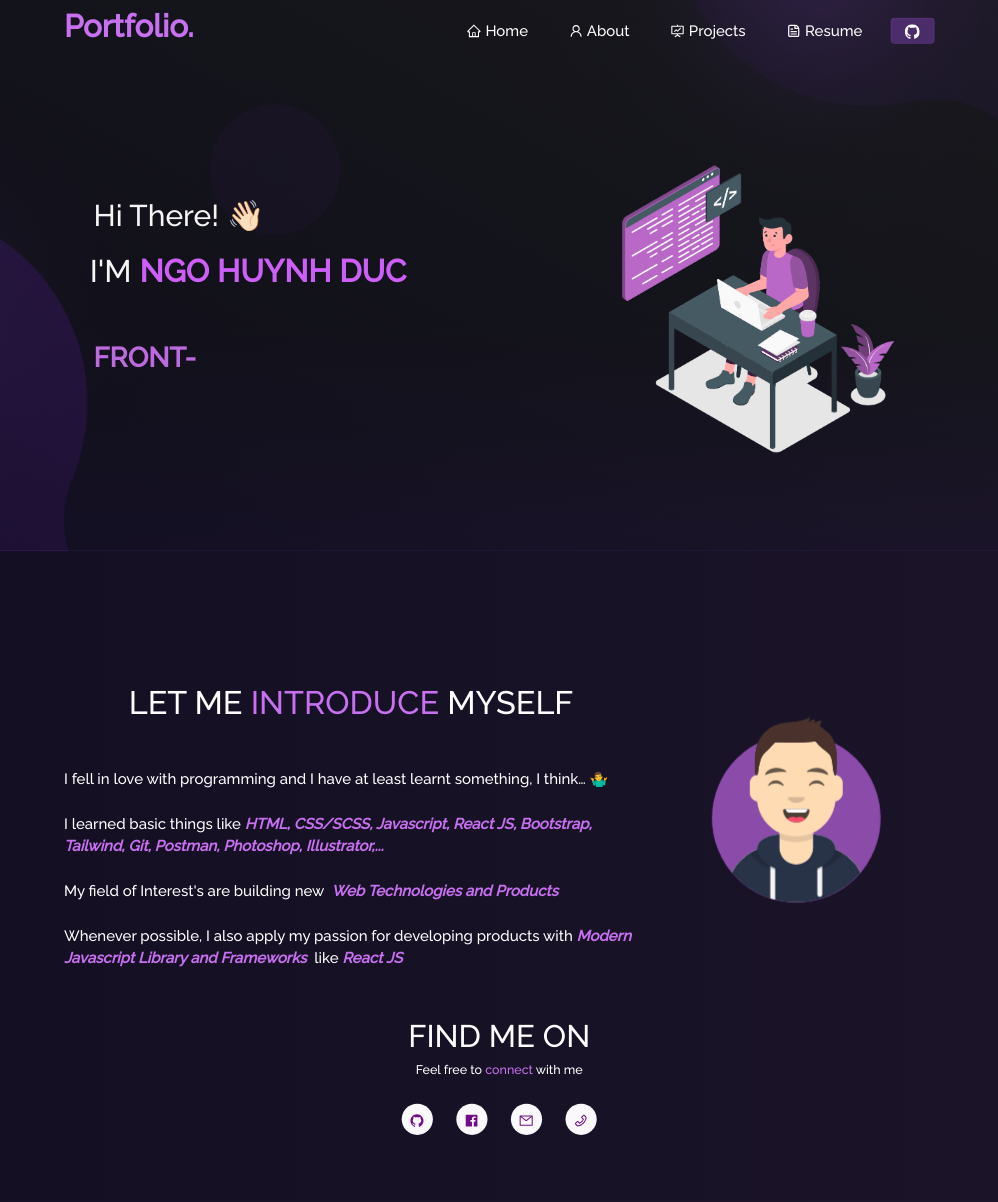
Repository: ngohuynhducdev/Portfolio
Page: /
These files come from the project's save history. The page is drawn as it stood at one moment and after the next save; the edit follows.
The browser window is 1280 px wide. The pictures show the whole page, at 78% of full size.
The project was rebuilt for these pictures with package versions that can differ from the ones it lists, and the page was loaded fresh each time. Also part of the build but not shown: src/components/About/Techstack.js, src/components/About/AboutCard.js, src/components/About/Toolstack.js, src/components/About/About.js, src/components/Projects/ProjectCards.js, src/components/Projects/Projects.js, src/components/Resume/ResumeNew.js. Imported but missing from the stored project, and not drawn on this page: src/Assets/CV_Ngo-Huynh-Duc_Front-End-Developer.pdf.

Above is the page before, as saved 2022-04-18 01:17:11.

After the next save:
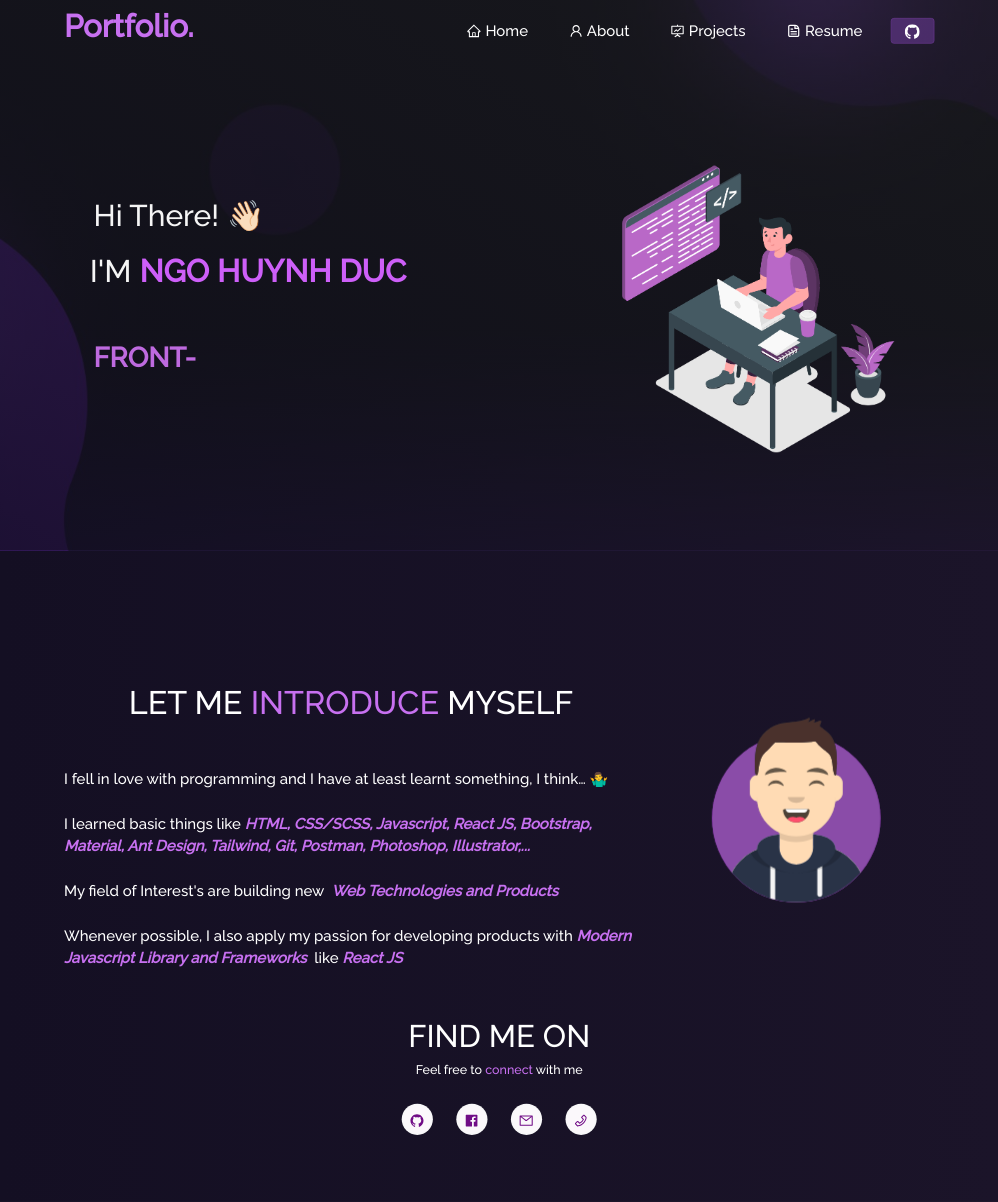
Saved 57 s later.
--- a/src/components/Home/Home2.js
+++ b/src/components/Home/Home2.js
@@ -27,8 +27,8 @@
               <i>
                 <b className="purple">
                   {" "}
-                  HTML, CSS/SCSS, Javascript, React JS, Bootstrap, Tailwind,
-                  Git, Postman, Photoshop, Illustrator,...{" "}
+                  HTML, CSS/SCSS, Javascript, React JS, Bootstrap, Material, Ant
+                  Design, Tailwind, Git, Postman, Photoshop, Illustrator,...{" "}
                 </b>
               </i>
               <br />
